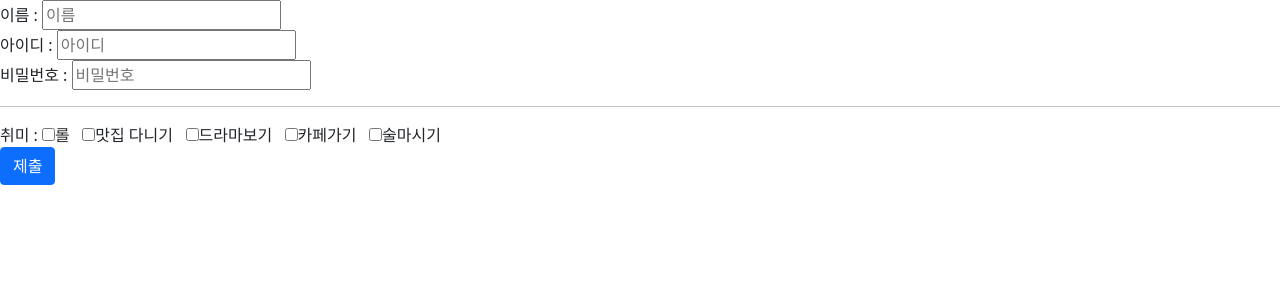
Repository: limbbbyoung/JSP_practice
Page: http://localhost/JSPbasic/jspobject/request/req_user_form.jsp
These files come from the project's save history. The page is drawn as it stood at one moment and after the next save; the edit follows.
The browser window is 1280 px wide. The pictures show the whole page.
The page is served by Tomcat 9.

Above is the page before, as saved 2022-03-25 10:48:55.

### JSPbasic/src/main/webapp/jspobject/request/req_user_form.jsp
<%@ page language="java" contentType="text/html; charset=UTF-8"
    pageEncoding="UTF-8"%>
<!DOCTYPE html>
<html>
<head>
<link href="https://cdn.jsdelivr.net/npm/bootstrap@5.1.3/dist/css/bootstrap.min.css" rel="stylesheet" integrity="sha384-1BmE4kWBq78iYhFldvKuhfTAU6auU8tT94WrHftjDbrCEXSU1oBoqyl2QvZ6jIW3" crossorigin="anonymous">
<meta charset="UTF-8">
<title>Insert title here</title>
</head>
<body>
<%-- 현재 파일인 req_user_form.jsp에 폼 태그를 만들어보겠습니다.
     목적지는 함께 req_user.jsp 파일입니다. post방식으로 데이터를 전달합니다.
     먼저 이름, 아이디, 비밀번호를 입력해 보낼 수 있는 input태그를 만들어주세요.
     각 태그의 name 속성은 uname, uid, upw 입니다.
     데이터를 받아주는 req_user.jsp에서 한글이 깨지지 않도록 받아서 화면에 출력해주세요. --%>

     <form action="http://localhost:8181/JSPbasic/jspobject/request/req_user.jsp" method="post">
     이름 : <input type="text" name="uname" placeholder="이름"><br/>
     아이디 : <input type="text" name="uid" placeholder="아이디"><br/>
     비밀번호 : <input type="password" name="upw" placeholder="비밀번호"><br/>
     <hr/>

     취미 :
     <%-- input 태그 내부에 value 값을 이용해 선택되었을때 전달될 데이터를 정할 수 있습니다. --%>
     <input type="checkbox" name="hobby" value="롤">롤 &nbsp;
     <input type="checkbox" name="hobby" value="맛집 다니기">맛집 다니기 &nbsp;
     <input type="checkbox" name="hobby" value="드라마보기">드라마보기 &nbsp;
     <input type="checkbox" name="hobby" value="카페가기">카페가기 &nbsp;
     <input type="checkbox" name="hobby" value="술마시기">술마시기 &nbsp;


     <br/>
     <input type="submit" class="btn btn-primary "value="제출">
     </form>
</body>
</html>

After the next save:
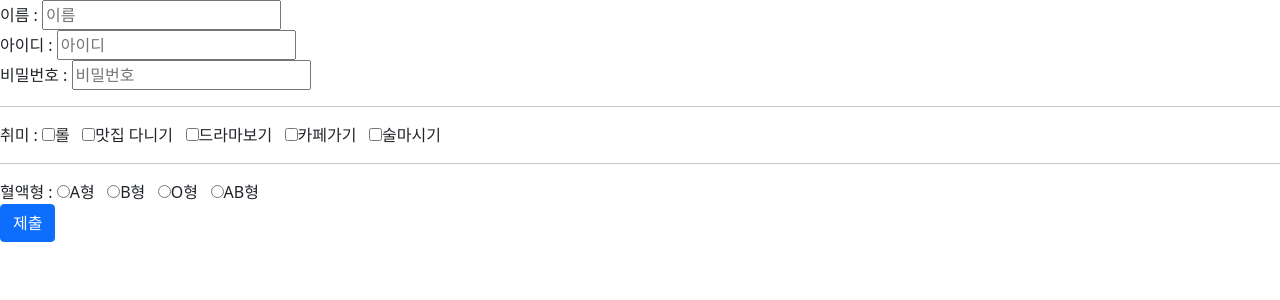
Saved 16 min 26 s later.
--- a/JSPbasic/src/main/webapp/jspobject/request/req_user_form.jsp
+++ b/JSPbasic/src/main/webapp/jspobject/request/req_user_form.jsp
@@ -27,6 +27,12 @@
      <input type="checkbox" name="hobby" value="드라마보기">드라마보기 &nbsp;
      <input type="checkbox" name="hobby" value="카페가기">카페가기 &nbsp;
      <input type="checkbox" name="hobby" value="술마시기">술마시기 &nbsp;
+     <hr/>
+     혈액형 :
+     <input type="radio" name="blood" value="A">A형 &nbsp;
+     <input type="radio" name="blood" value="B">B형 &nbsp;
+     <input type="radio" name="blood" value="O">O형 &nbsp;
+     <input type="radio" name="blood" value="AB">AB형 &nbsp;
 
 
      <br/>
